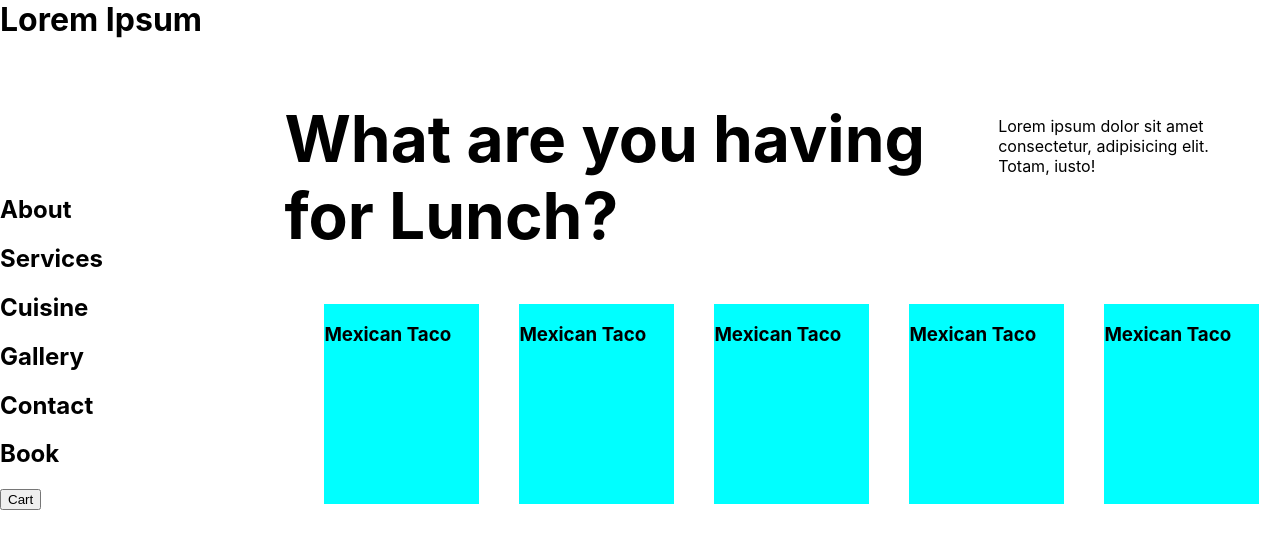
Repository: Marlstergo/assignment2
Page: /
These files come from the project's save history. The page is drawn as it stood at one moment and after the next save; the edit follows.
The browser window is 1280 px wide. The pictures show the whole page.
The project was rebuilt for these pictures with package versions that can differ from the ones it lists, and the page was loaded fresh each time.

Above is the page before, as saved 2021-07-27 02:16:38.

### src/App.js
import logo from "./logo.svg";
import "./App.css";

function App() {
  return (
    <div className="container">
      <div className="full">
        <div className="sidebar">
          <div className="logo">
            <h1>Lorem Ipsum</h1>
          </div>
          <div className="">
            <div className="">
              <h2 className="">About</h2>
            </div>
            <div className="">
              <h2 className="">Services</h2>
            </div>
            <div className="">
              <h2 className="">Cuisine</h2>
            </div>
            <div className="">
              <h2 className="">Gallery</h2>
            </div>
            <div className="">
              <h2 className="">Contact</h2>
            </div>
            <div className="">
              <h2 className="">Book</h2>
            </div>
            <div className="">
              <button className="">Cart</button>
            </div>
          </div>
        </div>
        <div className="main-view">
          <div className="hero">
            <div className="title">
              <h1 className="">What are you having for Lunch?</h1>
            </div>
            <div className="paragraph">
              <p className="">
                Lorem ipsum dolor sit amet consectetur, adipisicing elit. Totam,
                iusto!
              </p>
            </div>
          </div>
          <div className="row">
            <div className="cell">
              <div className="">{/* image */}</div>
              <div className="">
                <h3 className="">Mexican Taco</h3>
              </div>
            </div>
            <div className="cell">
              <div className="">{/* image */}</div>
              <div className="">
                <h3 className="">Mexican Taco</h3>
              </div>
            </div>
            <div className="cell">
              <div className="">{/* image */}</div>
              <div className="">
                <h3 className="">Mexican Taco</h3>
              </div>
            </div>
            <div className="cell">
              <div className="">{/* image */}</div>
              <div className="">
                <h3 className="">Mexican Taco</h3>
              </div>
            </div>
            <div className="cell">
              <div className="">{/* image */}</div>
              <div className="">
                <h3 className="">Mexican Taco</h3>
              </div>
            </div>
          </div>
        </div>
      </div>
    </div>
  );
}

export default App;

### src/App.css
.container {
  height: 100vh;
  width: 100%;
  /* padding-left: 1.5rem;
  padding-right: 1.5rem; */
}

@media screen and (min-width: 640px) {
  .container {
    max-width: 640px;
    margin: 0 auto;
  }
}

@media screen and (min-width: 768px) {
  .container {
    max-width: 768px;
  }
}

@media screen and (min-width: 1024px) {
  .container {
    max-width: 1024px;
    /* padding-left: 4rem;
    padding-right: 4rem; */
  }
}

@media screen and (min-width: 1280px) {
  .container {
    max-width: 1280px;
    /* padding-left: 5rem;
    padding-right: 5rem; */
  }
}

@media screen and (min-width: 1536px) {
  .container {
    max-width: 1536px;
  }
}

.full {
  display: grid;
  grid-template-columns: repeat(9, minmax(0, 1fr));
  height: 100%;
}

.sidebar {
  grid-column: span 2 / span 2;
  /* margin: auto 0; */
}
.logo{
  height: 175px;
  margin: auto auto;
}

.logo h1{
  padding: auto auto;
}

.main-view{
  grid-column: span 7 / span 7;
}

.row{
  display: flex;
  /* overflow-x: scroll; */

}

.hero{
  margin: 50px 0px;
  margin-top: 100px;
  display: grid;
  grid-template-columns: repeat(9, minmax(0, 1fr));

}
.paragraph{
  grid-column: span 3 / span 3;
  padding: 0 50px;
}

.title{
  grid-column: span 6 / span 6;
  font-size: 2rem;

}

h1{
  margin: 0;
}

.cell{
  margin-left: 40px;
  background-color: aqua;
  height: 200px;
  width: 155px;
}

Loaded but not shown: public/index.html (common file); src/index.js (common file); src/index.css (common file); src/reportWebVitals.js (common file)

After the next save:
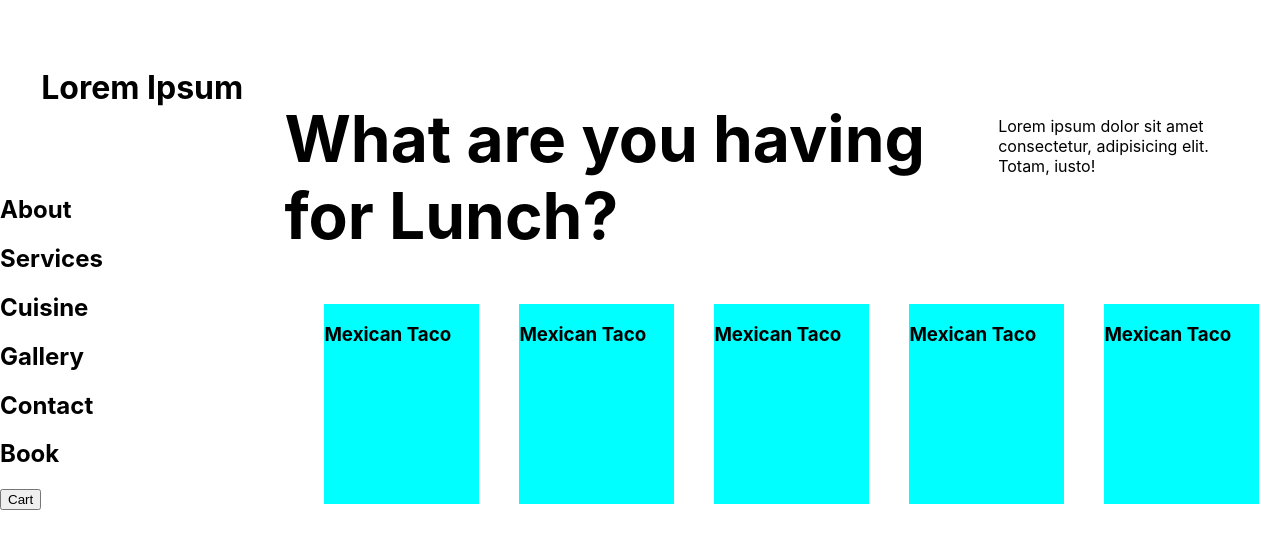
Saved 67 s later.
--- a/src/App.css
+++ b/src/App.css
@@ -52,7 +52,9 @@
 }
 .logo{
   height: 175px;
-  margin: auto auto;
+  display: flex;
+  align-items: center;
+  justify-content: center;
 }
 
 .logo h1{
